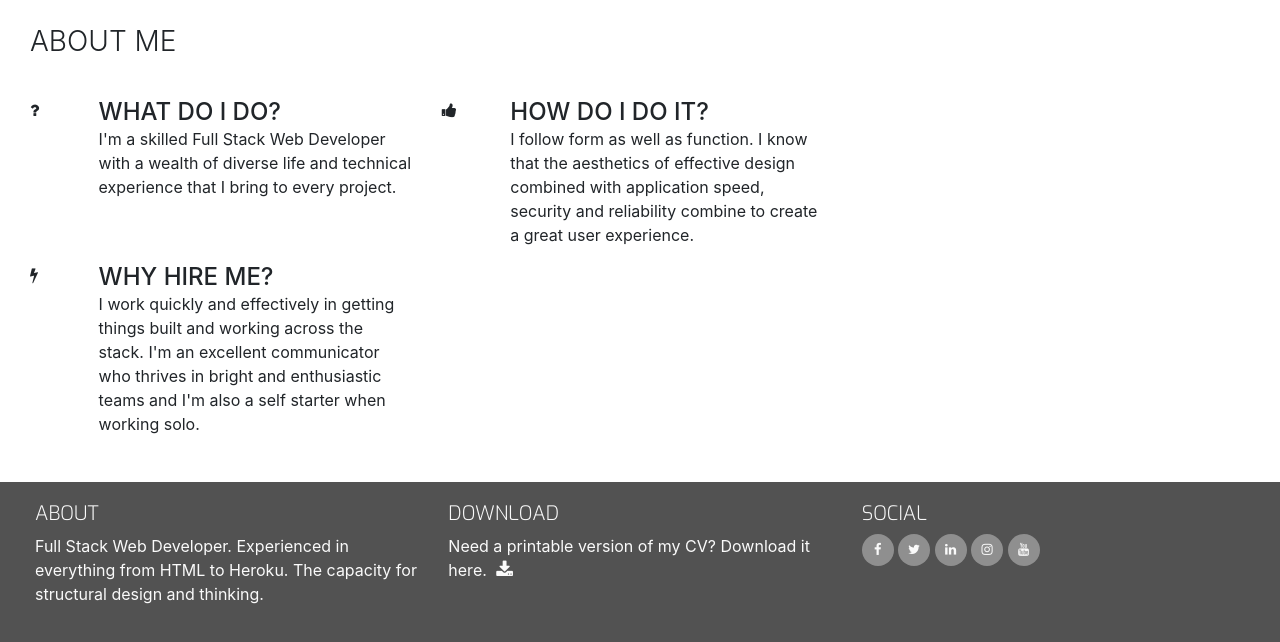
Repository: SimonGeorgeNZ/UCD-Resume
Page: index.html
The author's editor kept a record of every edit. The page is drawn from the files as they stood at one moment, then again after the next edit.
The browser window is 1280 px wide. The pictures show the part of the page from y = 369 to 1011 px (the page is 1011 px tall).
Some web libraries are served in a nearby version.

Above is the page before.

### index.html
<!DOCTYPE html>
<html lang="en">

<head>
    <meta charset="UTF-8">
    <meta name="viewport" content="width=device-width, initial-scale=1.0">
    <meta http-equiv="X-UA-Compatible" content="ie=edge">
    <link rel="stylesheet" href="https://maxcdn.bootstrapcdn.com/bootstrap/4.2.1/css/bootstrap.min.css" type="text/css" />
    <link rel="stylesheet" href="https://maxcdn.bootstrapcdn.com/font-awesome/4.7.0/css/font-awesome.min.css" type="text/css" />
    <link rel="stylesheet" href="https://cdnjs.cloudflare.com/ajax/libs/hover.css/2.1.1/css/hover-min.css" type="text/css" />
    <link rel="stylesheet" href="assets/css/style.css">
    <title>Rosie</title>
</head>

<body>
    <header>
        <div class="row no-gutters">
            <a class="col-md-4 logo" href="index.html"></a>
            <div class="col-md-8">
                <div class="row no-gutters bg-color-name-title">
                    <div class="col heading">
                        <h1 class="name">Rosie Odenkirk</h1>
                        <h2 class="title"> Full Stack Developer</h2>
                    </div>
                </div>
                <div class="row no-gutters">
                    <div class="col">
                        <ul id="nav" class="list-inline menucontainer">
                            <li class="col-6 col-sm-3 list-inline-item ui-menu-color-home menuitem">
                                <a href="#" class="hvr-sweep-to-bottom"><i class="fa fa-home" aria-hidden="true"></i><span>Home</span></a>
                            </li>
                            <li class="col-6 col-sm-3 list-inline-item ui-menu-color-resume menuitem">
                                <a href="#" class="hvr-sweep-to-bottom"><i class="fa fa-graduation-cap" aria-hidden="true"></i><span>Resume</span></a>
                            </li>
                            <li class="col-6 col-sm-3 list-inline-item ui-menu-color-contact menuitem">
                                <a href="#" class="hvr-sweep-to-bottom"><i class="fa fa-comment-o" aria-hidden="true"></i><span>Contact</span></a>
                            </li>
                            <li class="col-6 col-sm-3 list-inline-item ui-menu-color-download menuitem">
                                <a href="#" class="hvr-sweep-to-bottom"><i class="fa fa-download" aria-hidden="true"></i><span>Download CV</span></a>
                            </li>
                        </ul>
                    </div>
                </div>
            </div>
        </div>
    </header>
    <section class="container-fluid">
        <div class="row">
            <div class="col-md-8 bg-color-three-reasons section-column">
                <div class="row">
                    <div class="col">
                        <h3 class="section-headding uppercase">About Me</h3>
                    </div>
                </div>
                <div class="row">
                    <div class="col-10 offset-1 offset-sm-0 col-sm-4 col-md-6">
                        <div class="row">
                            <div class="col-2">
                                <i class="three-reasons-icon fa fa-question" aria-hidden="true"></i>
                            </div>
                            <div class="col-10">
                                <h4 class="three-reasons-heading uppercase">What Do I Do?</h4>
                                <p>
                                    I'm a skilled Full Stack Web Developer with a wealth of diverse
                                    life and technical experience that I bring to every project.
                                </p>
                            </div>
                        </div>
                    </div>
                    <div class="col-10 offset-1 offset-sm-0 col-sm-4 col-md-6">
                        <div class="row">
                            <div class="col-2">
                                <i class="three-reasons-icon fa fa-thumbs-up" aria-hidden="true"></i>
                            </div>
                            <div class="col-10">
                                <h4 class="three-reasons-heading uppercase">How do I do it?</h4>
                                <p>
                                    I follow form as well as function. I know that the aesthetics of effective
                                    design combined with application speed, security and reliability combine to
                                    create a great user experience.
                                </p>
                            </div>
                        </div>
                    </div>
                    <div class="col-10 offset-1 offset-sm-0 col-sm-4 col-md-6">
                        <div class="row">
                            <div class="col-2">
                                <i class="three-reasons-icon fa fa-bolt" aria-hidden="true"></i>
                            </div>
                            <div class="col-10">
                                <h4 class="three-reasons-heading uppercase">Why Hire Me?</h4>
                                <p>
                                    I work quickly and effectively in getting things built and
                                    working across the stack. I'm an excellent communicator who
                                    thrives in bright and enthusiastic teams and I'm also a self
                                    starter when working solo.
                                </p>
                            </div>
                        </div>
                    </div>
                </div>
            </div>
        </div>

    </section>
    <footer class="container-fluid">
        <div id="footer-details" class="row">
            <div class="col-sm-4">
                <h5 class="uppercase general-sub">About</h5>
                <p class="inline-block">
                    Full Stack Web Developer. Experienced in everything from HTML to Heroku.
                    The capacity for structural design and thinking.
                </p>
            </div>
            <div class="col-sm-4">
                <h5 class="uppercase general-sub">Download</h5>
                <p class="inline-block">
                    Need a printable version of my CV? Download it here.
                    <a href="#" target="_blank" class="cv-pdf">
                        <i class="fa fa-download" aria-hidden="true"></i>
                        <span class="sr-only">Download</span>
                    </a>
                </p>
            </div>
            <div class="col-sm-4">
                <h5 class="uppercase general-sub">Social</h5>
                <ul class="list-inline social-links">
                    <li class="list-inline-item">
                        <a target="_blank" href="#">
                            <i class="fa fa-facebook" aria-hidden="true"></i>
                            <span class="sr-only">Facebook</span>
                        </a>
                    </li>
                    <li class="list-inline-item">
                        <a target="_blank" href="#">
                            <i class="fa fa-twitter" aria-hidden="true"></i>
                            <span class="sr-only">Twitter</span>
                        </a>
                    </li>
                    <li class="list-inline-item">
                        <a target="_blank" href="#">
                            <i class="fa fa-linkedin" aria-hidden="true"></i>
                            <span class="sr-only">LinkedIn</span>
                        </a>
                    </li>
                    <li class="list-inline-item">
                        <a target="_blank" href="#">
                            <i class="fa fa-instagram" aria-hidden="true"></i>
                            <span class="sr-only">Instagram</span>
                        </a>
                    </li>
                    <li class="list-inline-item">
                        <a target="_blank" href="#">
                            <i class="fa fa-youtube" aria-hidden="true"></i>
                            <span class="sr-only">YouTube</span>
                        </a>
                    </li>
                </ul>
            </div>
        </div>

    </footer>
</body>

</html>

### assets/css/style.css
@import url('https://fonts.googleapis.com/css?family=Roboto:100,200,300,400,500,600,700|Exo:100,200,300,400,500,600,700');


/*-------------------------------------------------Colors */

.bg-color-name-title {
    background-color: #676767;
}

.bg-color-three-reasons {
    background-color: #fff;
}

.ui-menu-color-home {
    background-color: #e67e22;
}

.ui-menu-color-resume {
    background-color: #9b59b6;
}

.ui-menu-color-contact {
    background-color: #3498db;
}

.ui-menu-color-download {
    background-color: #525252;
}

/*-------------------------------------------------Special paddings margins and text */

h1,
h2,
h3,
h4 {
    margin: 0;
}

.uppercase {
    text-transform: uppercase;
}

.general-sub {
    font-family: "Exo", sans-serif;
    font-weight: 300;
    color: #fafafa;
}

.inline-block {
    display: inline-block
}

.row-table {
    display: table;

}

.section-column {
    display: table-cell;
    padding: 0 30px 30px;
    float: none;
}

.section-headding {
    font-family: "Exo" sans-serif;
    font-weight: 300;
    margin-top: 25px;
    margin-bottom: 40px;
}
/*-------------------------------------------------Heading */

header {
    margin: 0;
}

.heading {
    margin-left: 50px;
}

.logo {
    background: url("../images/rosie.jpg");
    background-position: center;
    background-repeat: no-repeat;
    background-size: cover;
    min-height: 360px;
    transition: all .5s ease-in-out;
    -moz-transition: all .5s ease-in-out;
    -webkit-transition: all .5s ease-in-out;
}

.name {
    font-family: "Exo", sans-serif;
    font-weight: 100;
    font-size: 46px;
    margin-top: 50px;
    color: #fff;
}

.title {
    font-family: "Roboto", sans-serif;
    font-weight: 200;
    font-size: 28px;
    margin-top: 20px;
    margin-bottom: 90px;
    color: #fff;
}

.list-inline-item:not(:last-child) {
    margin: 0;
}

.menucontainer {
    font-size: 0;
}

#nav {
    margin: 0;
}

#nav li {
    font-size: 14px;
    padding: 0;
}

.menuitem {
    height: 120px;
    text-align: center;
    padding: 0;
}

.menuitem a {
    width: 100%;
    text-decoration: none;
    color: #fff;
    height: 120px;
}

.menuitem a i {
    padding-top: 22px;
    display: block;
    color: #fafafa;
    font-size: 26px;
}

.menuitem span {
    display: block;
    width: 100%;
    padding-top: 5px;
    text-align: center;
    text-transform: uppercase;
    font-size: 14px;
    font-weight: 300;
    letter-spacing: 2px;
}

/*-------------------------------------------------Hover.css */

.hvr-sweep-to-bottom:before {
    background: rgba(0, 0, 0, 0.2);
    height: 120px;
}

/*-------------------------------------------------Footer */

footer {
    background-color: #525252;
    color: #fafafa;
    min-height: 120px;
    margin: 0;
}

.cv-pdf i {
    font-size: 18px;
    color: #fafafa;
    text-align: center;
    padding-left: 5px;
    transition: all 0.35s ease-in-out;
    -moz-transition: all 0.35s ease-in-out;
    -webkit-transition: all 0.35s ease-in-out;
    -o-transition: all 0.35s ease-in-out;
}

.cv-pdf i:hover {
    color: #e84610;
}

.social-links {
    padding-bottom: 15px;
}

.social-links li a i {
    width: 32px;
    height: 32px;
    padding: 12px 0;
    border-radius: 50%;
    font-size: 13px;
    line-height: 7px;
    text-align: center;
    color: #fafafa;
    background-color: #8f8f8f;
    transition: all 0.35s ease-in-out;
    -moz-transition: all 0.35s ease-in-out;
    -webkit-transition: all 0.35s ease-in-out;
    -o-transition: all 0.35s ease-in-out;
}

.social-links li a i:hover {
    background-color: #e84610;

}

#footer-details {
    padding: 20px;
}

After the next edit:
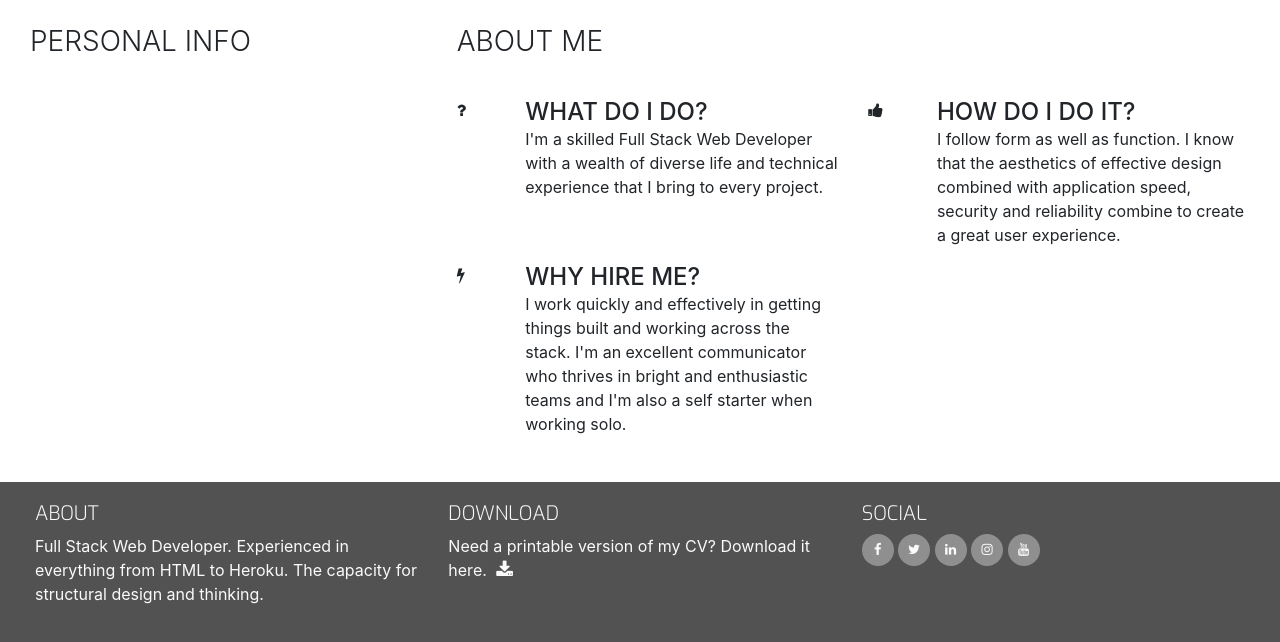
The edit:
--- a/index.html
+++ b/index.html
@@ -46,6 +46,15 @@
     </header>
     <section class="container-fluid">
         <div class="row">
+            <div class="col-md-4 bg-color-personal-info section-column">
+                <div class="row">
+                    <div class="col-12">
+                        <h3 class="section-headding uppercase">
+                            Personal Info
+                        </h3>
+                    </div>
+                </div>
+            </div>
             <div class="col-md-8 bg-color-three-reasons section-column">
                 <div class="row">
                     <div class="col">
